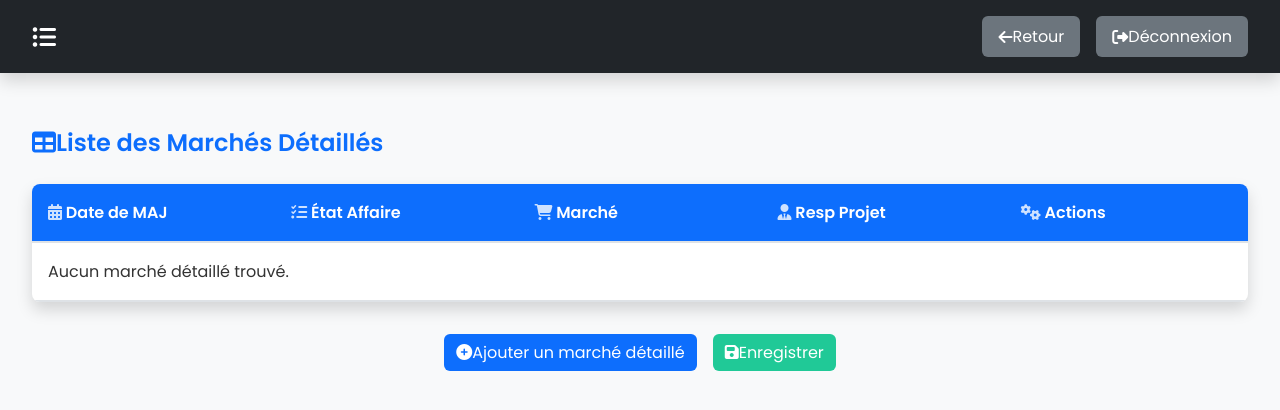
Repository: Andriatiana669/Retour_XP
Page: dashboard/templates/dashboard/liste_marche.html
These files come from the project's save history. The page is drawn as it stood at one moment and after the next save; the edit follows.
The browser window is 1280 px wide. The pictures show the whole page.
The page is served by the project's application, run on Django 5.2 (manage.py). The template is opened directly, without the code that normally fills it, so the values that code supplies are empty.

Above is the page before, as saved 2026-01-07 13:03:58.
Console error: TypeError: Cannot read properties of null (reading 'addEventListener')

After the next save:
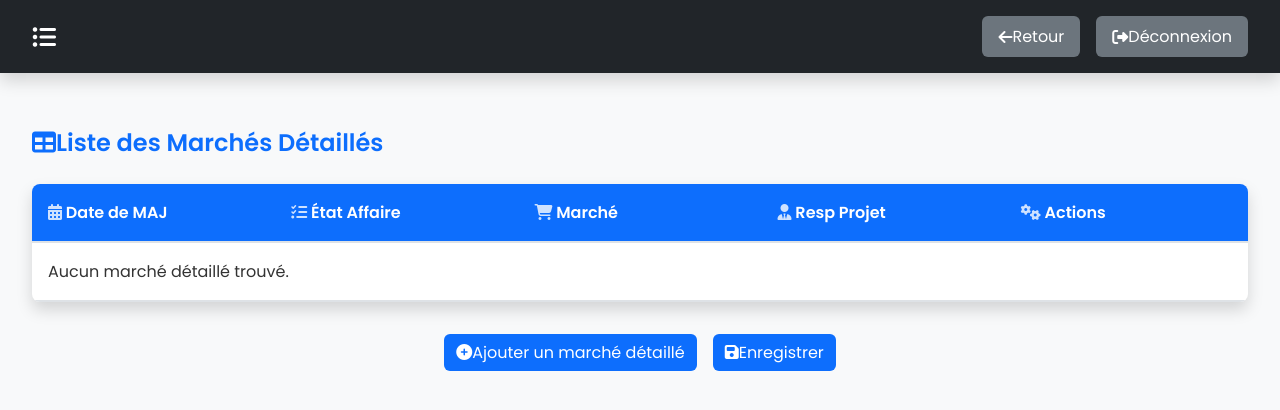
Saved 45 s later.
--- a/dashboard/templates/dashboard/liste_marche.html
+++ b/dashboard/templates/dashboard/liste_marche.html
@@ -97,7 +97,7 @@
     <a href="{% url 'dashboard:ajouter_marche' marche_global.id %}" class="btn-voir">
         <i class="fas fa-plus-circle"></i> Ajouter un marché détaillé
     </a>
-    <a id="saveAllEtats" class="btn-voir" style="background:var(--success-color);">
+    <a id="saveAllEtats" class="btn-voir">
         <i class="fas fa-save"></i> <span> Enregistrer </span>
     </a>
 </div>

After the save that followed:
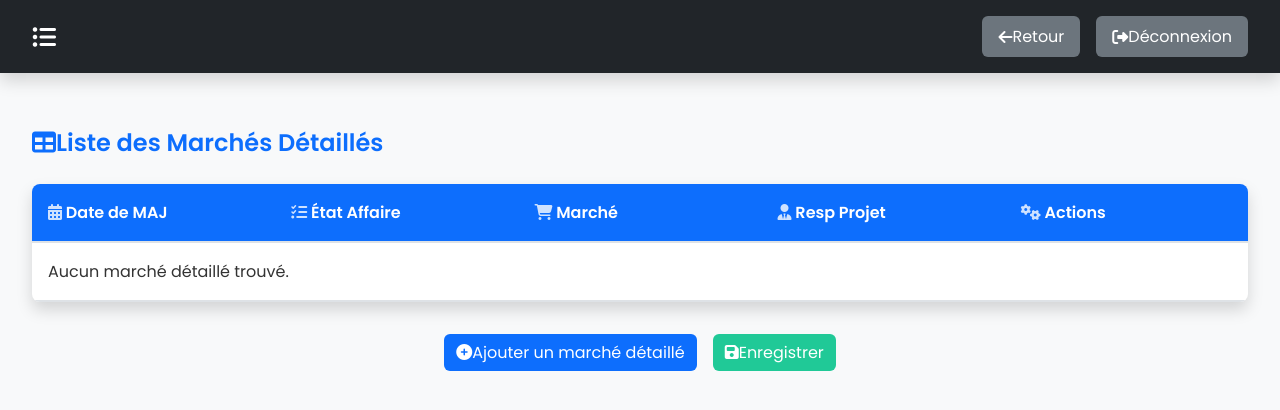
Saved 7 s later.
--- a/dashboard/templates/dashboard/liste_marche.html
+++ b/dashboard/templates/dashboard/liste_marche.html
@@ -97,7 +97,7 @@
     <a href="{% url 'dashboard:ajouter_marche' marche_global.id %}" class="btn-voir">
         <i class="fas fa-plus-circle"></i> Ajouter un marché détaillé
     </a>
-    <a id="saveAllEtats" class="btn-voir">
+    <a id="saveAllEtats" class="btn-voir" style="background:var(--success-color);">
         <i class="fas fa-save"></i> <span> Enregistrer </span>
     </a>
 </div>
